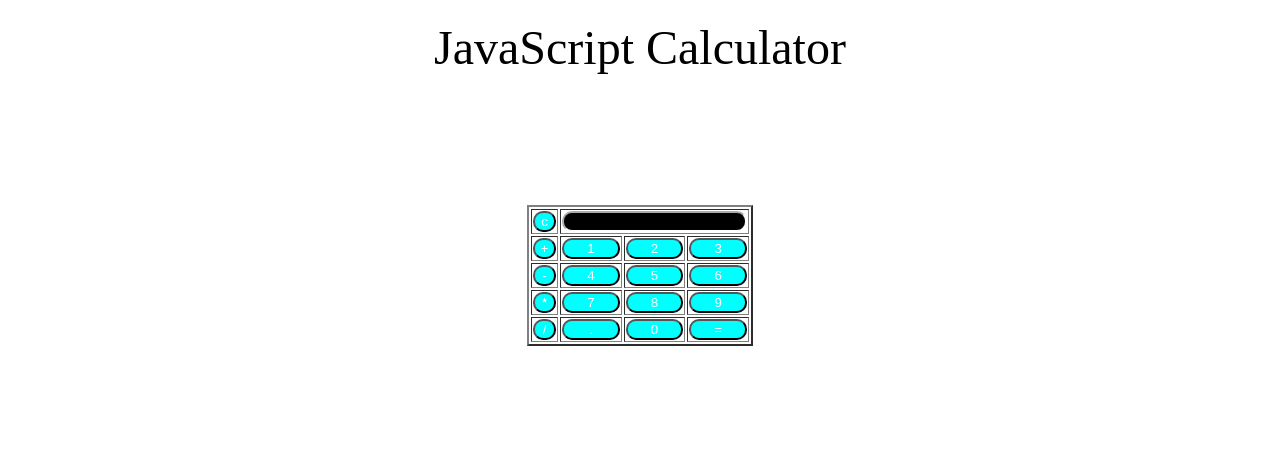
Repository: spidero7/Simple-Calculator
Page: index.html
The author's editor kept a copy of each file at every save. The page is drawn from the files as they stood at one save, then again after the next save.
The browser window is 1280 px wide. The pictures show the whole page.

Above is the page before, as saved 2021-09-15 07:21:20.

After the next save:
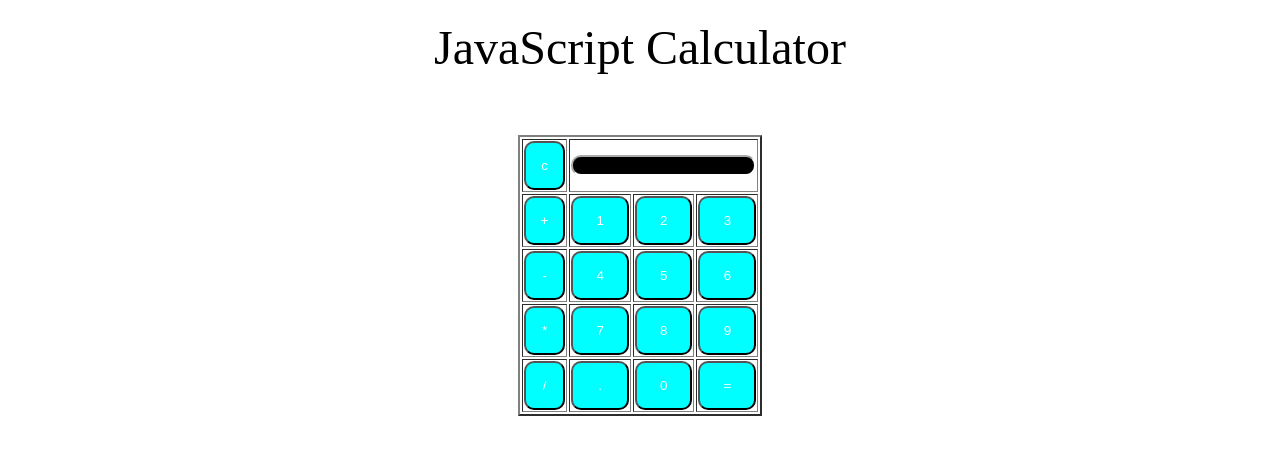
Saved 4 s later.
--- a/style.css
+++ b/style.css
@@ -27,7 +27,7 @@ input[type="button"] {
     border-radius: 10px;
     border-color: black;
     width: 100%;
-    padding: 15;
+    padding: 15px;
 }
 
 input[type="text"] {
